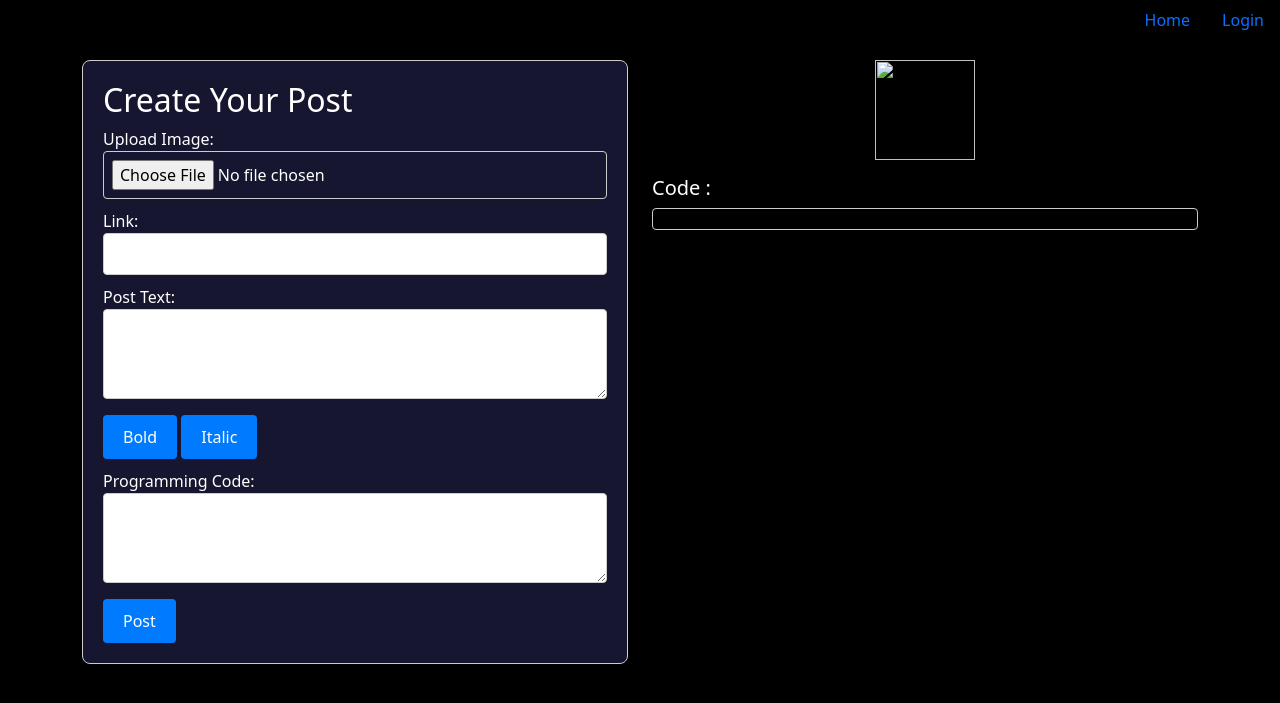
Repository: jaseem1999/sdCommunity
Page: http://localhost/sdCommunity/UserPost.jsp
The author's editor kept a copy of each file at every save. The page is drawn from the files as they stood at one save, then again after the next save.
The browser window is 1280 px wide. The pictures show the whole page.
The page is served by Tomcat 9. Other server files are loaded and not shown.

Above is the page before, as saved 2023-09-29 15:15:39.

### sdCommunity/src/main/webapp/UserPost.jsp
<%@ page language="java" contentType="text/html; charset=ISO-8859-1"
    pageEncoding="ISO-8859-1"%>
<%

Integer id =(Integer)session.getAttribute("uid");
String fname=(String)session.getAttribute("fname");
String lname=(String)session.getAttribute("lname");
String email=(String)session.getAttribute("email");
Integer num=(Integer)session.getAttribute("num");
String company = (String) session.getAttribute("company");
String github = (String) session.getAttribute("github");
String linkedin = (String) session.getAttribute("linkedin");
String website = (String) session.getAttribute("website");
String nation = (String) session.getAttribute("nation");
String gender = (String) session.getAttribute("gender");
String about = (String) session.getAttribute("about");
String college = (String) session.getAttribute("college");
String position = (String) session.getAttribute("position");

%>

<!DOCTYPE html>
<html lang="en">
<head>
<meta charset="UTF-8">
<link href="https://cdn.jsdelivr.net/npm/bootstrap@5.2.3/dist/css/bootstrap.min.css" rel="stylesheet" integrity="sha384-rbsA2VBKQhggwzxH7pPCaAqO46MgnOM80zW1RWuH61DGLwZJEdK2Kadq2F9CUG65" crossorigin="anonymous">
<script src="https://cdn.jsdelivr.net/npm/bootstrap@5.2.3/dist/js/bootstrap.bundle.min.js" integrity="sha384-kenU1KFdBIe4zVF0s0G1M5b4hcpxyD9F7jL+jjXkk+Q2h455rYXK/7HAuoJl+0I4" crossorigin="anonymous"></script>
<title>Post</title>
<style>

    .post-form {
        max-width: 600px;
        margin: auto;
        padding: 20px;
        background-color: #5f5fd13b;
        border: 1px solid #ccc;
        border-radius: 8px;
        box-shadow: 0 2px 4px rgba(0,0,0,0.1);
    }
    input, textarea, select {
        width: 100%;
        padding: 8px;
        margin-bottom: 10px;
        border: 1px solid #ccc;
        border-radius: 4px;
        box-sizing: border-box;
    }
    button {
        padding: 10px 20px;
        background-color: #007bff;
        color: #fff;
        border: none;
        border-radius: 4px;
        cursor: pointer;
    }
    button:hover {
        background-color: #0056b3;
    }
    .format-options {
        margin-bottom: 10px;
    }
    .post-display {
        margin-top: 20px;
        border: 1px solid #ccc;
        padding: 10px;
        background-color: #fff;
        border-radius: 8px;
    }
    .profileImg{
		width: 70px;
		height: 100px;
		border: 1 solid white;
	}
	#center{
		text-align: center;
	}
	#showCode {
		    background-color: black;
		    border: 1px solid #ccc;
		    border-radius: 4px;
		    padding: 10px;
		    font-family: 'Courier New', monospace;
	}
</style>
</head>
<body style="background-color: black; color: white;">
<div class="modal fade" id="exampleModal" tabindex="-1" aria-labelledby="exampleModalLabel" aria-hidden="true">
		  <div class="modal-dialog" style="color: black;">
		    <div class="modal-content">
		      <div class="modal-header">
		        <h1 class="modal-title fs-5" id="exampleModalLabel">Modal title</h1>
		        <button type="button" class="btn-close" data-bs-dismiss="modal" aria-label="Close"></button>
		      </div>
		      <form action="settingsAccess" method="post">
		      <div class="modal-body">
		        <div class="mb-3">
    				<label for="exampleInputPassword1" class="form-label">Password</label>
    				<input type="password" class="form-control" id="exampleInputPassword1" name="exampleInputPassword1">
  				</div>
		      </div>
		      <div class="modal-footer">
		        <button type="button" class="btn btn-secondary" data-bs-dismiss="modal">Close</button>
		         <input type="submit" class="btn btn-primary" value="OK">
		      </div>
		      </form>
		    </div>
		  </div>
		</div>

	<ul class="nav justify-content-end ">
		<li class="nav-item">
		    	<a class='nav-link' href='UserHome.jsp'>Home</a>
		  </li>
		  <li class="nav-item">
		    <%
		  	if (email != null){
		  		out.print("<a class='nav-link' href=''>Post</a>");
		  	}else{
		  		out.print("");
		  	}
		  %>
		  </li>
		  <li class="nav-item">
		    <%
		  	if (email != null){
		  		out.print("<a class='nav-link' href=''>Followers</a>");
		  	}else{
		  		out.print("");
		  	}
		  %>
		  </li>
		  <li class="nav-item">
		    <%
		  	if (email != null){
		  		out.print("<a class='nav-link' href=''>Chat</a>");
		  	}else{
		  		out.print("");
		  	}
		  %>
		  </li>

		  <li class="nav-item">
		   <%
		  	if (email != null){
		  		out.print("<a class='nav-link' data-bs-toggle='modal' data-bs-target='#exampleModal'>Settings</a>");
		  	}else{
		  		out.print("");
		  	}
		  %>
		  </li>
		  <li class="nav-item">
		  <%
		  	if (email != null){
		  		if (company != null){
		  			out.print("<a class='nav-link' href='viewProfile.jsp'>Profile</a>");
		  		}
		  		else{
		  			out.print("<a class='nav-link' href='profile.jsp'>Profile</a>");
		  		}

		  	}else{
		  		out.print("<a class='nav-link' href='Login.jsp'>Login</a>");
		  	}
		  %>
		  </li>

		  <li class="nav-item">
		    <%
		  	if (email != null){
		  		out.print("<a class='nav-link' href='logout.jsp'>Logout</a>");
		  	}else{
		  		out.print("");
		  	}
		  %>
		  </li>
		  <li class="nav-item">
		  <%
		  	if (email != null){
		  		if (company != null){
		  			out.print("<a class='nav-link' href='viewProfile.jsp'><img alt='' src='image?id="+id+"' style=' width: 35px; border-radius: 50%; height: 35px;border: 1px solid white;'/></a>");
		  		}
		  		else{
		  			out.print("<a class='nav-link' href='viewProfile.jsp'><img alt='' src='./homecss/img/User-Profile.png'style=' width: 35px; border-radius: 50%; height: 35px;border: 1px solid white;'/></a>");
		  		}
		  	}else{
		  		out.print("");
		  	}
		  %>
		  </li>
	</ul>
	<div class="container-xl" style="color: white; margin-top: 20px;">
	<div class="row">

	<div class="col">
    <div class="post-form">
        <h2>Create Your Post</h2>
        <form>
            <label for="image">Upload Image:</label>
            <input type="file" id="image" name="image" accept="image/*" onchange="displayImage()"><br>

            <label for="link">Link:</label>
            <input type="url" id="link" name="link" oninput="updateLink()"><br>

            <label for="text">Post Text:</label>
            <textarea id="text" name="text" rows="3" oninput="updateText()"></textarea><br>

            <div class="format-options">
                <button type="button" onclick="makeBold()">Bold</button>
                <button type="button" onclick="makeItalic()">Italic</button>
            </div>

            <label for="code">Programming Code:</label>
            <textarea id="code" name="code" rows="3" oninput="updateCode()"></textarea><br>

            <button type="submit">Post</button>
        </form>
    </div>
    </div>
	    <div class="col">
			<div id="center">
			 <img class="profileImg" alt="" src="" id="updatedImg" style="width: 100px;"/><br>
		    </div>
		    <a href="" id="showLink"></a>
		    <p id="showText"></p>
		    <h5>Code :</h5>
		    <pre id="showCode"></pre>
    	</div>
    </div>
    </div>


    <script>
        function makeBold() {
            var textarea = document.getElementById('text');
            var selectedText = textarea.value.substring(textarea.selectionStart, textarea.selectionEnd);
            var beforeText = textarea.value.substring(0, textarea.selectionStart);
            var afterText = textarea.value.substring(textarea.selectionEnd);
            textarea.value = beforeText + '<b>' + selectedText + '</b>' + afterText;
        }

        function makeItalic() {
            var textarea = document.getElementById('text');
            var selectedText = textarea.value.substring(textarea.selectionStart, textarea.selectionEnd);
            var beforeText = textarea.value.substring(0, textarea.selectionStart);
            var afterText = textarea.value.substring(textarea.selectionEnd);
            textarea.value = beforeText + '<i>' + selectedText + '</i>' + afterText;
        }
        var image = document.getElementById('image').value;
        var link = document.getElementById('link').value;
        var text = document.getElementById('text').value;
        var code = document.getElementById('code').value;
        var codeLength = code.length;
        console.log("The length of the code is:", codeLength);

        function displayImage() {
        	var input = document.getElementById('image');
        	var img = document.getElementById('updatedImg');

        	var file = input.files[0];
        	var reader = new FileReader();

        	if (!file) {
        	img.src = "./css/img/User-profile.png"; // Set default image source
        	return;
        	}

        	if (file.size > 85 * 1024) { // Check if image size is greater than 200KB
        	document.getElementById("imgError").innerHTML = "Please update image size lesthan 85kb";
        	input.value = ""; // Clear the input field
        	img.src = "./css/img/User-profile.png"; // Set default image source
        	return;
        	}

        	reader.onload = function(e) {
        	img.src = e.target.result;
        	}

        	reader.readAsDataURL(file);
        }
        function updateCode() {
            var inputCode = document.getElementById('code').value;
            var showCode = document.getElementById('showCode');
            showCode.textContent = inputCode;
        }
        function updateLink() {
            var inputLink = document.getElementById('inputLink').value;
            var showLink = document.getElementById('showLink');
            showLink.href = inputLink;
            showLink.textContent = inputLink;
        }

        function updateText() {
            var inputText = document.getElementById('inputText').value;
            var showText = document.getElementById('showText');
            showText.textContent = inputText;
        }



     </script>
</body>
</html>

After the next save:
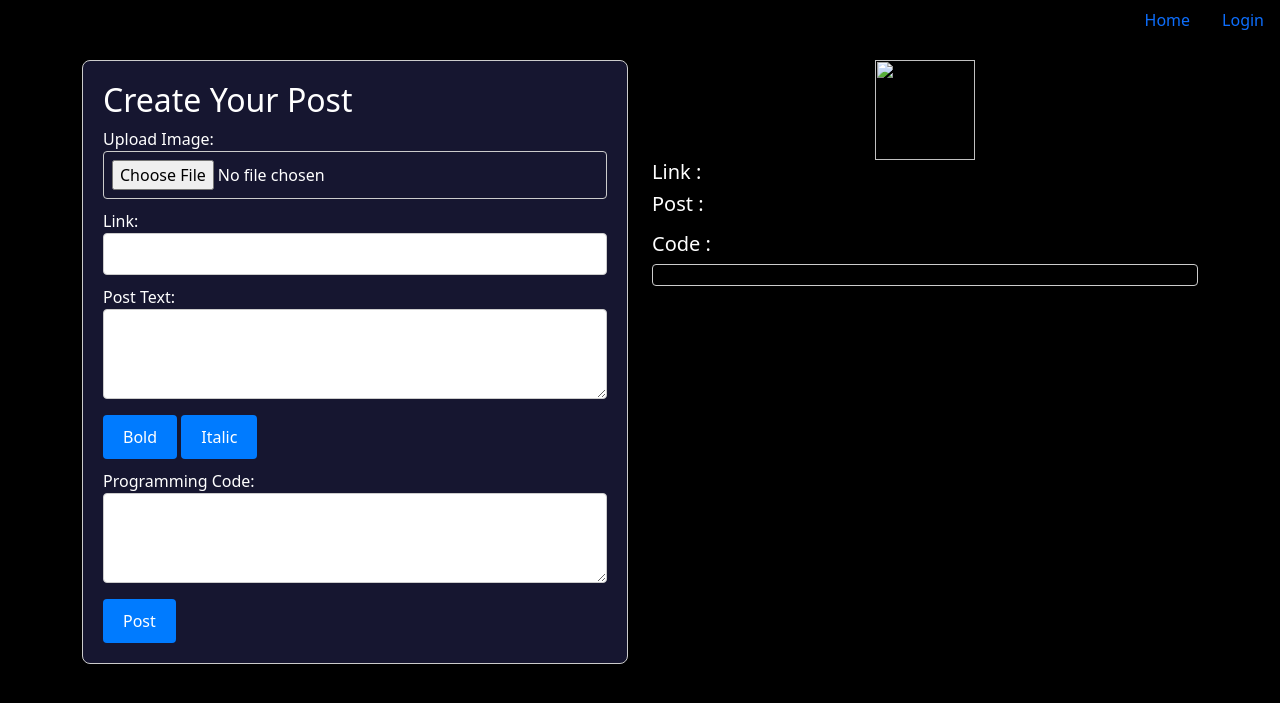
Saved 41 s later.
--- a/sdCommunity/src/main/webapp/UserPost.jsp
+++ b/sdCommunity/src/main/webapp/UserPost.jsp
@@ -210,7 +210,7 @@ String position = (String) session.getAttribute("position");
             </div>
 
             <label for="code">Programming Code:</label>
-            <textarea id="code" name="code" rows="3" oninput="updateCode()"></textarea><br>
+            <textarea id="code" name="code" rows="3	" oninput="updateCode()"></textarea><br>
 
             <button type="submit">Post</button>
         </form>
@@ -220,7 +220,9 @@ String position = (String) session.getAttribute("position");
 			<div id="center">
 			 <img class="profileImg" alt="" src="" id="updatedImg" style="width: 100px;"/><br>
 		    </div>
+		    <h5>Link :</h5>
 		    <a href="" id="showLink"></a>
+		    <h5>Post :</h5>
 		    <p id="showText"></p>
 		    <h5>Code :</h5>
 		    <pre id="showCode"></pre>
